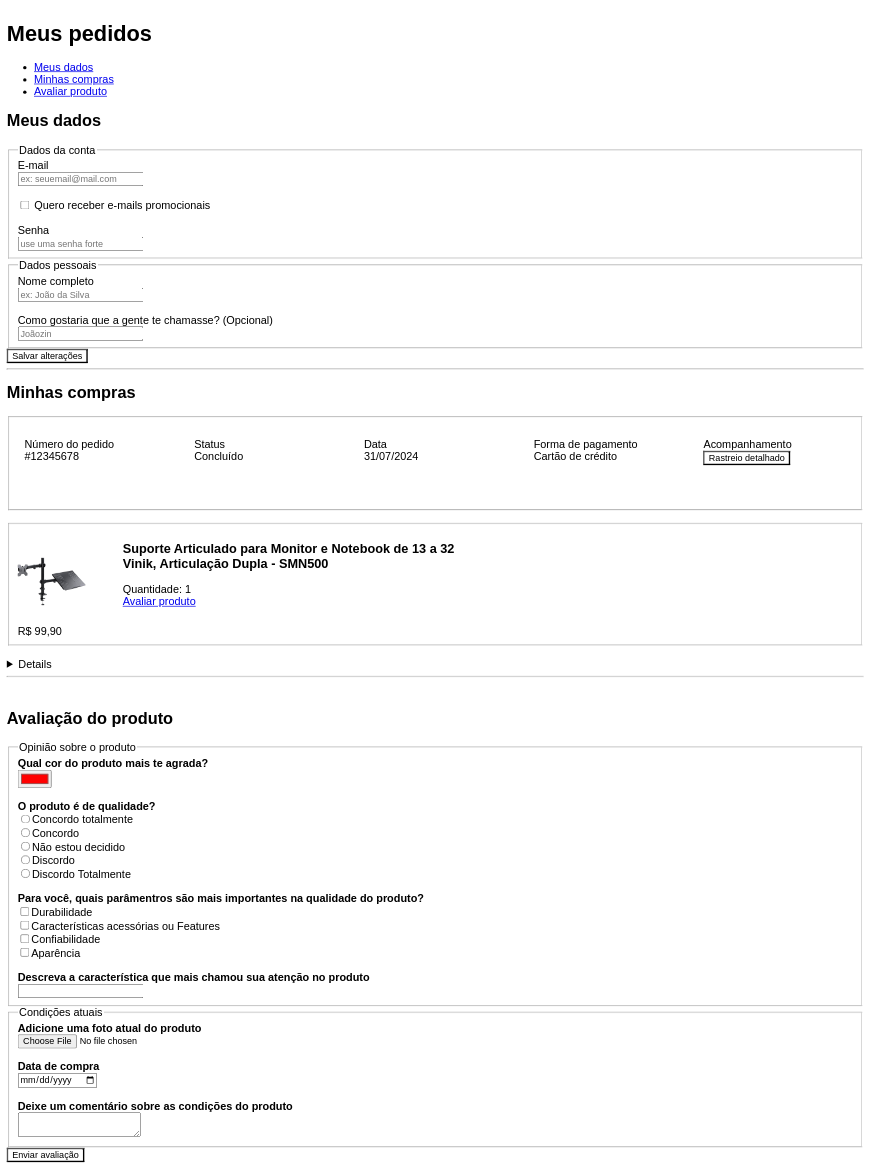
Repository: claudemir-camargo/site-compras
Page: index.html
These files come from the project's save history. The page is drawn as it stood at one moment and after the next save; the edit follows.
The browser window is 1280 px wide. The pictures show the whole page, at 68% of full size.

Above is the page before, as saved 2024-03-10 00:50:08.

### index.html
<!DOCTYPE html>
<html lang="en">

<head>
    <meta charset="UTF-8">
    <meta name="viewport" content="width=device-width, initial-scale=1.0">
    <link rel="stylesheet" type="text/css" href="css/style.css" />
    <title>Site de Compras</title>
</head>

<body>
    <h1>Meus pedidos</h1>
    <ul>
        <li><a href="#meus-dados">Meus dados</a></li>
        <li><a href="#minhas-compras">Minhas compras</a></li>
        <li><a href="#avaliacao-produto">Avaliar produto</a></li>
    </ul>
    <h2 id="meus-dados">Meus dados</h2>
    <!-- Conta -->
    <fieldset>
        <legend>Dados da conta</legend>
        <form>
            <label>E-mail</label><br>
            <input type="email" id="email" name="email" placeholder="ex: seuemail@mail.com"><br><br>
            <input type="checkbox">
            <label>Quero receber e-mails promocionais</label><br><br>
            <label>Senha</label><br>
            <input type="password" placeholder="use uma senha forte">
        </form>
    </fieldset>
    <!-- Pessoais -->
    <fieldset>
        <legend>Dados pessoais</legend>
        <form>
            <label>Nome completo</label><br>
            <input type="text" placeholder="ex: João da Silva"><br><br>
            <label>Como gostaria que a gente te chamasse? (Opcional) </label><br>
            <input type="text" placeholder="Joãozin">
        </form>
    </fieldset>
    <button type="button">Salvar alterações</button>
    <hr>
    <!-- Minhas compras -->
    <h2 id="minhas-compras">Minhas compras</h2>
    <fieldset>
        <div class="container">
            <div id="div1">
                <p>Número do pedido<br>#12345678</p>
            </div>
            <div id="div2">
                <p>Status<br>Concluído</p>
            </div>
            <div id="div3">
                <p>Data<br>31/07/2024</p>
            </div>
            <div id="div4">
                <p>Forma de pagamento<br>Cartão de crédito</p>
            </div>
            <div id="div5">
                <p>Acompanhamento<br><a href="#rastreioModal"><button>Rastreio detalhado</button></a></p>
            </div>
        </div>
    </fieldset>
    <div id="rastreioModal" class="modal">
        <h2>Rastreio detalhado</h2>
        <p>Seu pedido foi entregue com sucesso!<br>
            Entregue por: GFL<br>
            Código de rasteeio: 123456789<br>
            Entregue em: 31/07/2024<br>
        </p>
        <a href="#">Fechar</a>
    </div>

    <!-- Produto -->
    <br>
    <fieldset>
        <div class="container1">
            <div class="imagem"><img src="img/suporte.jpg" alt="Suporte"></div>
        <div class="produto">
            <h3>
                <p>Suporte Articulado para Monitor e Notebook de 13 a 32 Vinik,
                    Articulação Dupla - SMN500</p>
            </h3>
            Quantidade: 1<br>
            <a href="#avaliacao-produto">Avaliar produto</a><br>
        </div>
        <div class="preco">R$ 99,90</div>
        </div>
    </fieldset>
    <br>
    <details tag="Detalhes de Envio e Pagamento">
        <p></p>
        <strong>Endereço de entrega</strong><br>
        Avenida Estelita Falcão<br>
        Número 12, Centro<br>
        CEP 48170-970 - Itapetininga/São Paulo
        <br><br>
        <strong>Forma de Pagamento</strong><br>
        Cartão de crédito<br>
        Master Card **** **** **** 1234<br>
        Titular: Claudemir Camargo
        <br><br>
        <strong>Frete</strong>
        R$ 15,50<br>
        Enviado por GFL<br>
        Entregue
    </details>
    <hr>
    <br>
    <form>
        <h2 id="avaliacao-produto">Avaliação do produto</h2>
        <fieldset>
            <legend>Opinião sobre o produto</legend>
            <label><strong>Qual cor do produto mais te agrada?</strong></label><br>
            <input type="color" value="#ff0000"><br><br>
            <label><strong>O produto é de qualidade?</strong></label><br>
            <input type="radio" name="qualidade"><label>Concordo totalmente</label><br>
            <input type="radio" name="qualidade"><label>Concordo</label><br>
            <input type="radio" name="qualidade"><label>Não estou decidido</label><br>
            <input type="radio" name="qualidade"><label></label>Discordo</label><br>
            <input type="radio" name="qualidade"><label></label>Discordo Totalmente</label>
            <br><br>
            <label><strong>Para você, quais parâmentros são mais importantes na qualidade do
                    produto?</strong></label><br>
            <input type="checkbox"><label>Durabilidade</label><br>
            <input type="checkbox"><label>Características acessórias ou Features</label><br>
            <input type="checkbox"><label>Confiabilidade</label><br>
            <input type="checkbox"><label>Aparência</label>
            <br><br>
            <label><strong>Descreva a característica que mais chamou sua atenção no produto</strong></label><br>
            <input list="browsers" name="browser" id="browser">
            <datalist id="browsers">
                <option value="Cor">
                <option value="Tamanho">
                <option value="Peso">
                <option value="Material">
            </datalist>
        </fieldset>
        <fieldset>
            <legend>Condições atuais</legend>
            <label><strong>Adicione uma foto atual do produto</strong></label><br>
            <input type="file">
            <br><br>
            <label><strong>Data de compra</strong></label><br>
            <input type="date">
            <br><br>
            <label><strong>Deixe um comentário sobre as condições do produto</strong></label><br>
            <textarea name="comentario"></textarea>
        </fieldset>
        <button type="button">Enviar avaliação</button>
    </form>
</body>

</html>

### css/style.css
* {
    font-family: Arial, Helvetica, sans-serif;
}

h1, h2 {
    border: 1000px black;
    background-color: white;
}

img {
    height: 70px;
    width: 100px;
}

body{
    margin: 5px;
    padding: 5px;
    /*background-color: green;*/
}

button {
    background-color:white;

}

.container {
    display: flex;
    gap: 20px;
}

#div1, #div2, #div3, #div4, #div5 {
    flex: 1;
    width: 100px;
    height: 100px;
    display: inline-block;
    padding: 10px;
}

.container1 {
    display: inline-block;
    /*gap: 33px;*/
}

#imagem, #produto, #preco {
    flex: 1;
    display: inline;
    padding: 10px;
}

.imagem {
    width: 150px;
    height: 100px;
    display: inline-block;
}

.produto {
    width: 500px;
    height: 100px;
    display: inline-block;
}

.modal {
    display: none;
    position: fixed;
    top: 50%;
    left: 50%;
    transform: translate(-50%, -50%);
    background-color: #f9f9f9;
    padding: 20px;
    border: 1px solid #ccc;
    box-shadow: 0 2px 10px rgba(0, 0, 0, 0.1);
    z-index: 1000;
}

.modal:target {
    display: block;
}

After the next save:
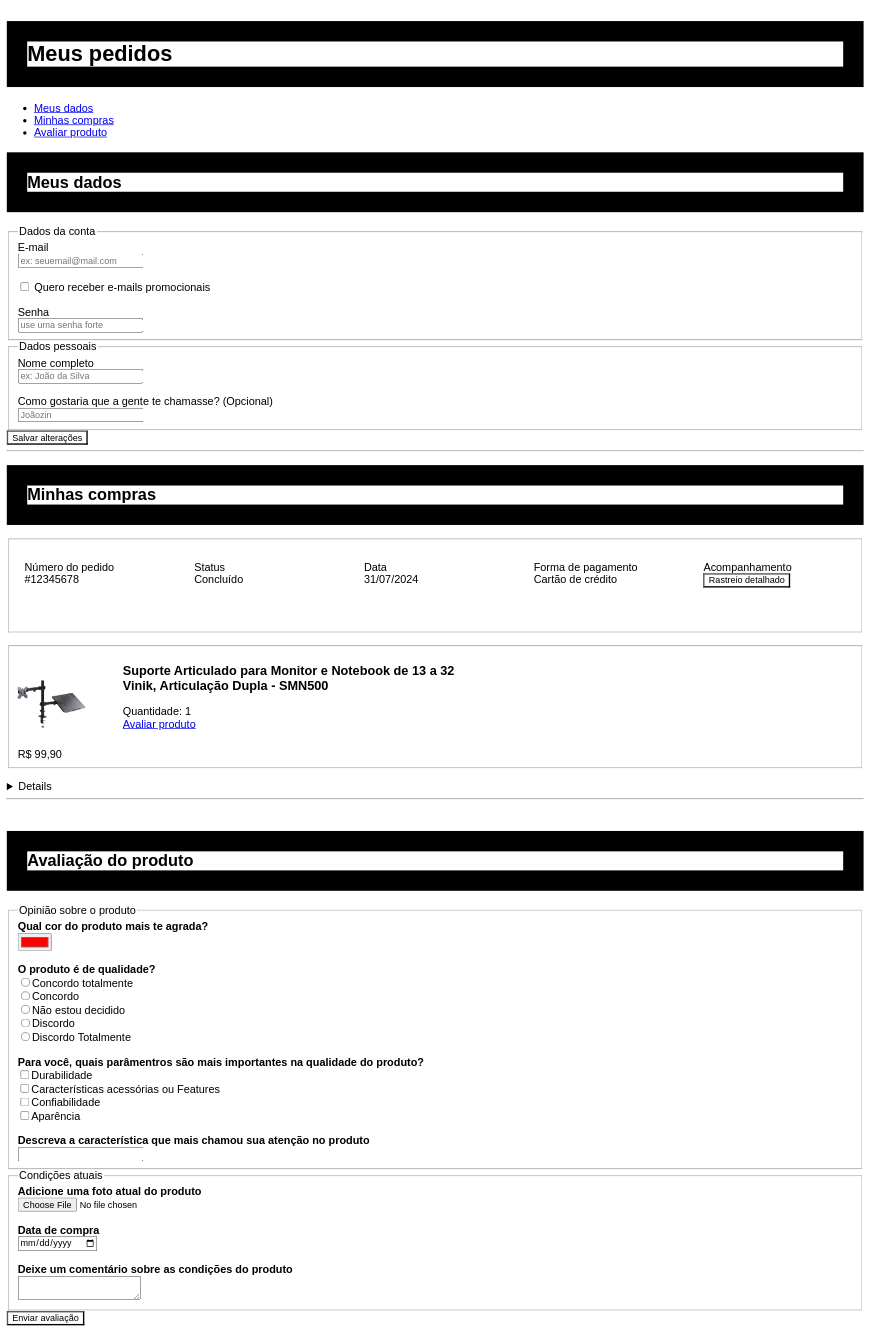
Saved 25 s later.
--- a/css/style.css
+++ b/css/style.css
@@ -3,7 +3,7 @@
 }
 
 h1, h2 {
-    border: 1000px black;
+    border: 30px solid black;
     background-color: white;
 }
 
